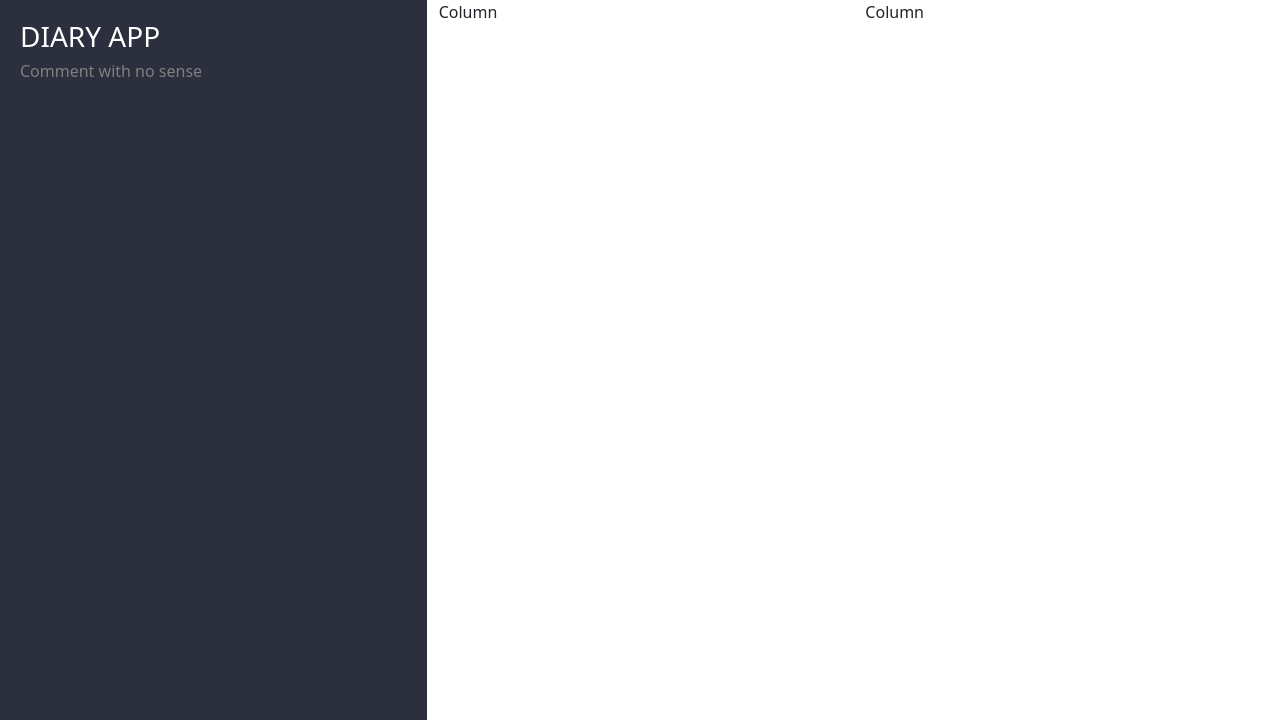
Repository: tsydikov/diary
Page: /
The author's editor kept a copy of each file at every save. The page is drawn from the files as they stood at one save, then again after the next save.
The browser window is 1280 px wide. The pictures show the whole page.
The project was rebuilt for these pictures with package versions that can differ from the ones it lists, and the page was loaded fresh each time.

Above is the page before, as saved 2021-09-10 19:00:07.

After the next save:
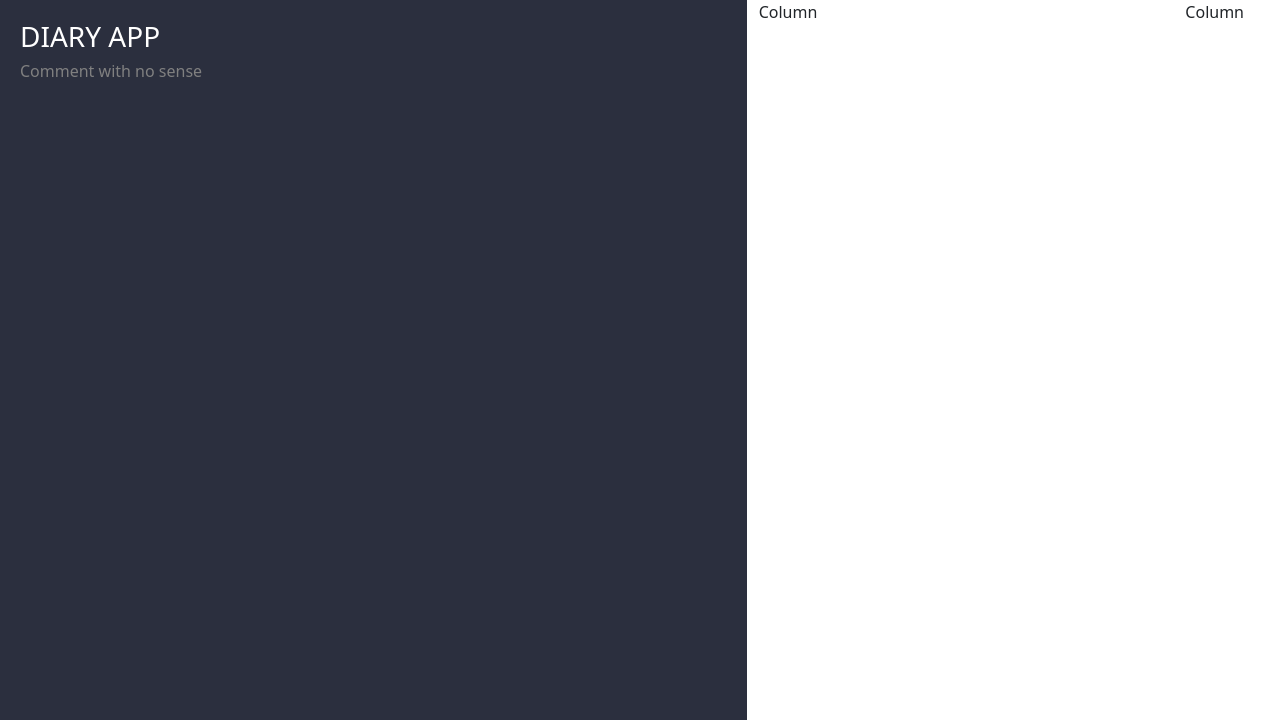
Saved 4 s later.
--- a/src/App.js
+++ b/src/App.js
@@ -11,7 +11,7 @@
         <div class="col-4">
           Column
     </div>
-        <div class="col-4">
+        <div class="col-1">
           Column
     </div>
       </div>

After the save that followed:
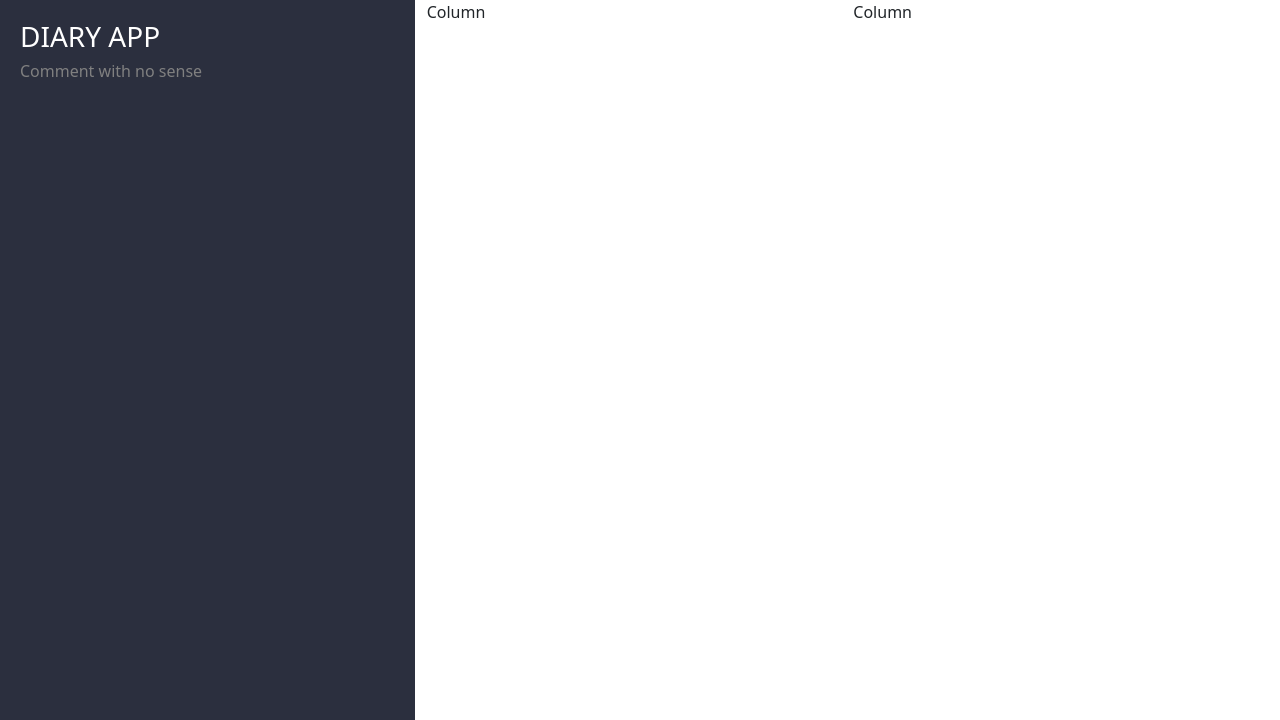
Saved 6 s later.
--- a/src/App.js
+++ b/src/App.js
@@ -11,7 +11,7 @@
         <div class="col-4">
           Column
     </div>
-        <div class="col-1">
+        <div class="col">
           Column
     </div>
       </div>
